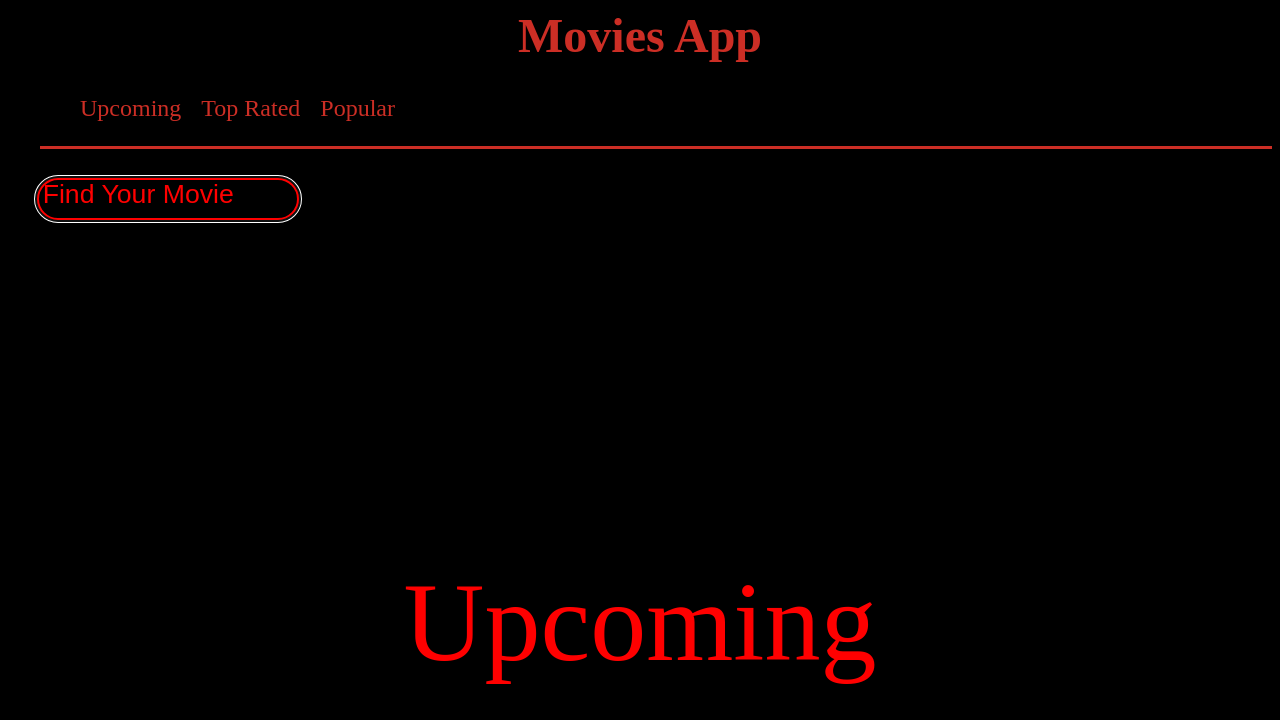
Repository: runner855/movie-app
Page: /
The author's editor kept a copy of each file at every save. The page is drawn from the files as they stood at one save, then again after the next save.
The browser window is 1280 px wide. The pictures show the whole page.
The first visible `input` has the focus.
The project was rebuilt for these pictures with package versions that can differ from the ones it lists, and the page was loaded fresh each time. Also part of the build but not shown: src/styles/TopRated.css, src/components/TopRated.tsx, src/styles/Popular.css, src/api/MoviesCall.tsx, src/components/Popular.tsx.

Above is the page before, as saved 2022-11-16 18:50:47.

### src/index.tsx
import React from "react";
import ReactDOM from "react-dom/client";
import { BrowserRouter } from "react-router-dom";
import "./styles/index.css";
import { App } from "./components/App";

const root = ReactDOM.createRoot(
  document.getElementById("root") as HTMLElement
);
root.render(
  <React.StrictMode>
    <BrowserRouter>
      <App />
    </BrowserRouter>
  </React.StrictMode>
);

### src/styles/index.css
body {
  background-color: #000000;
}

code {
  font-family: source-code-pro, Menlo, Monaco, Consolas, "Courier New",
    monospace;
}

### src/components/App.tsx
import React from "react";
import "../styles/App.css";
import { BrowserRouter as Router, Routes, Route, Link } from "react-router-dom";

import { NavBar } from "../components/NavBar";
import { TopRated } from "../components/TopRated";
import { Upcoming } from "./Upcoming";
import { Popular } from "./Popular";
import { MoviesFilter } from "./MoviesFilter";

export const App = () => {
  return (
    <div className="App">
      <div className="title">Movies App</div>

      <NavBar />
      <MoviesFilter />

      <Routes>
        <Route path="/" element={<Upcoming />} />

        <Route path="/top-rated" element={<TopRated />} />
        <Route path="/popular" element={<Popular />} />
      </Routes>
    </div>
  );
};

### src/styles/App.css
.title {
  color: #cc2e25;
  text-align: center;
  font-weight: bold;
  font-size: 3em;
}

### src/components/NavBar.tsx
import * as React from "react";
import "../styles/NavBar.css";
import { Link } from "react-router-dom";

export const NavBar = () => {
  return (
    <header className="navbar">
      <nav>
        <ul>
          <li>
            <Link className="item" to="/">
              Upcoming
            </Link>
          </li>
          <li>
            <Link className="item" to="/top-rated">
              Top Rated
            </Link>
          </li>
          <li>
            <Link className="item" to="/popular">
              Popular
            </Link>
          </li>
        </ul>
      </nav>
    </header>
  );
};

### src/components/Upcoming.tsx
import React from "react";
import "../styles/Upcoming.css";

export const Upcoming = () => {
  return <div className="upcoming_page">Upcoming</div>;
};

### src/components/MoviesFilter.tsx
import React, { useState } from "react";
import "../styles/MoviesFilter.css";

export const MoviesFilter = () => {
  const [input, setInput] = useState<string>("");
  return (
    <div className="movie_search">
      <input
        className="search-input"
        type="search"
        onChange={(e) => setInput(e.target.value)}
        value={input}
        placeholder={"Find Your Movie"}
      />
    </div>
  );
};

### src/styles/NavBar.css
ul {
  text-align: left;
  list-style: none;
  font-size: 1.5em;
  display: flex;
}
ul li {
  margin-right: 20px;
  color: #cc2e25;
}

a {
  text-decoration: none;
}

a,
a:visited,
a:hover,
a:active {
  color: inherit;
}

.navbar {
  margin: 2em 0em 0em 2em;
}
a:hover {
  border-bottom: solid 3px #cc2e25;
}

.logo {
  font-weight: bold;
  font-size: 1.3em;
}

.navbar {
  border-bottom: #cc2e25 solid 0.2em;
}

### src/styles/Upcoming.css
.upcoming_page {
  color: red;
  text-align: center;
  margin-top: 3em;
  font-size: 7em;
}

### src/styles/MoviesFilter.css
.movie_search input {
  text-align: left;
  margin: 2em 0em 0em 2em;
}

input {
  border: solid red 0.3em;
  border-radius: 2em;
  background-color: #0000;
  width: 20em;
  height: 3.5em;
}

input::placeholder {
  color: red;
  font-size: 2em;
  padding: 2px;
}

input,
select,
textarea {
  color: #ff0000;
}

Loaded but not shown: public/index.html (common file); public/manifest.json (common file)

After the next save:
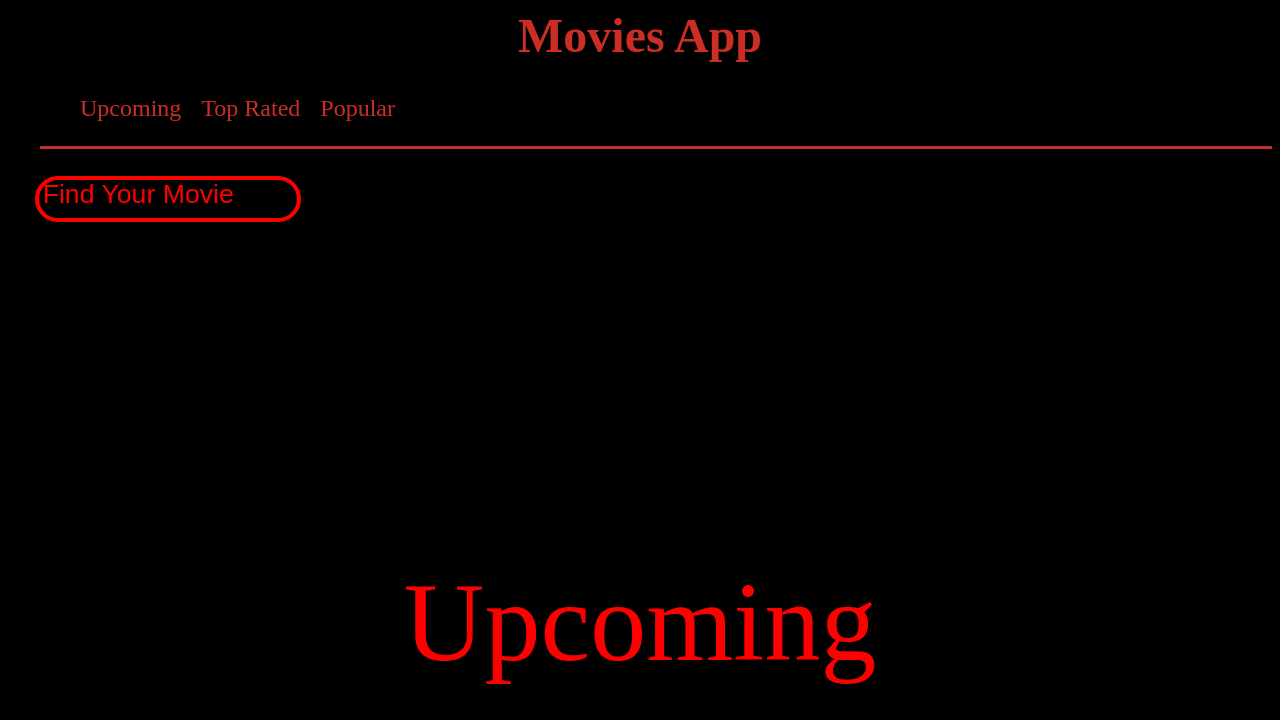
Saved 43 s later.
--- a/src/styles/MoviesFilter.css
+++ b/src/styles/MoviesFilter.css
@@ -22,3 +22,7 @@
 textarea {
   color: #ff0000;
 }
+
+input:focus {
+  outline: none !important;
+}
